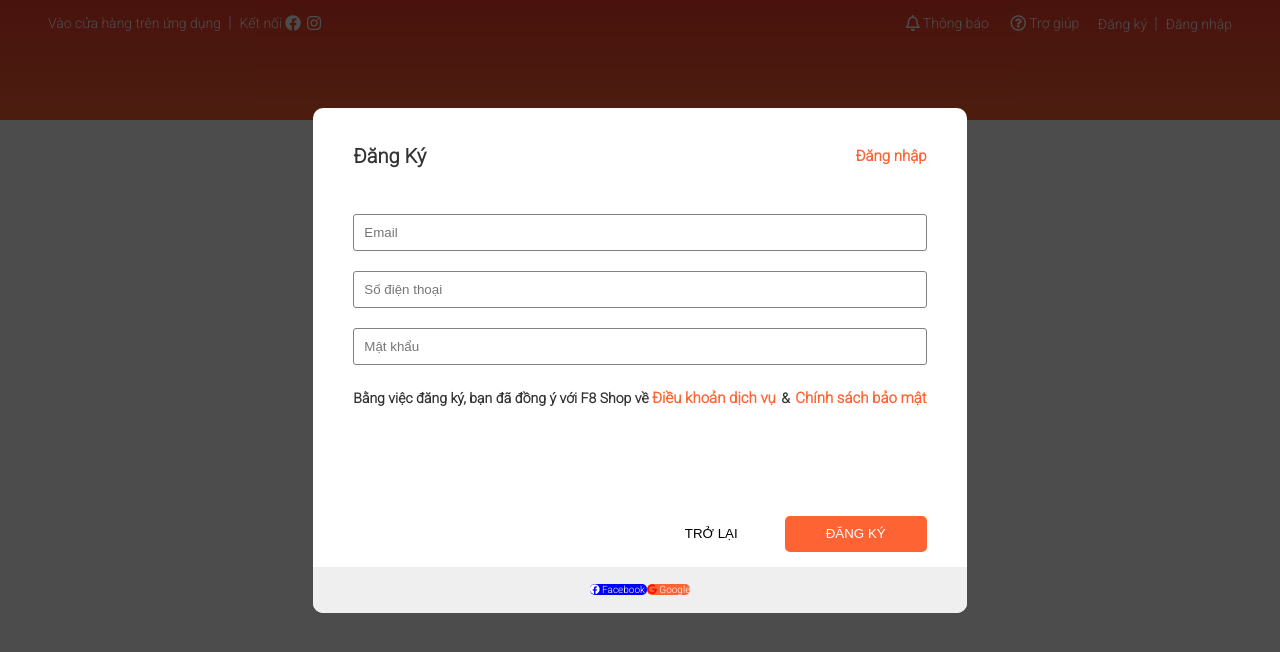
Repository: kebinh1235/Shopee-Demo
Page: index.html
These files come from the project's save history. The page is drawn as it stood at one moment and after the next save; the edit follows.
The browser window is 1280 px wide. The pictures show the whole page.

Above is the page before, as saved 2021-10-01 23:36:44.

After the next save:
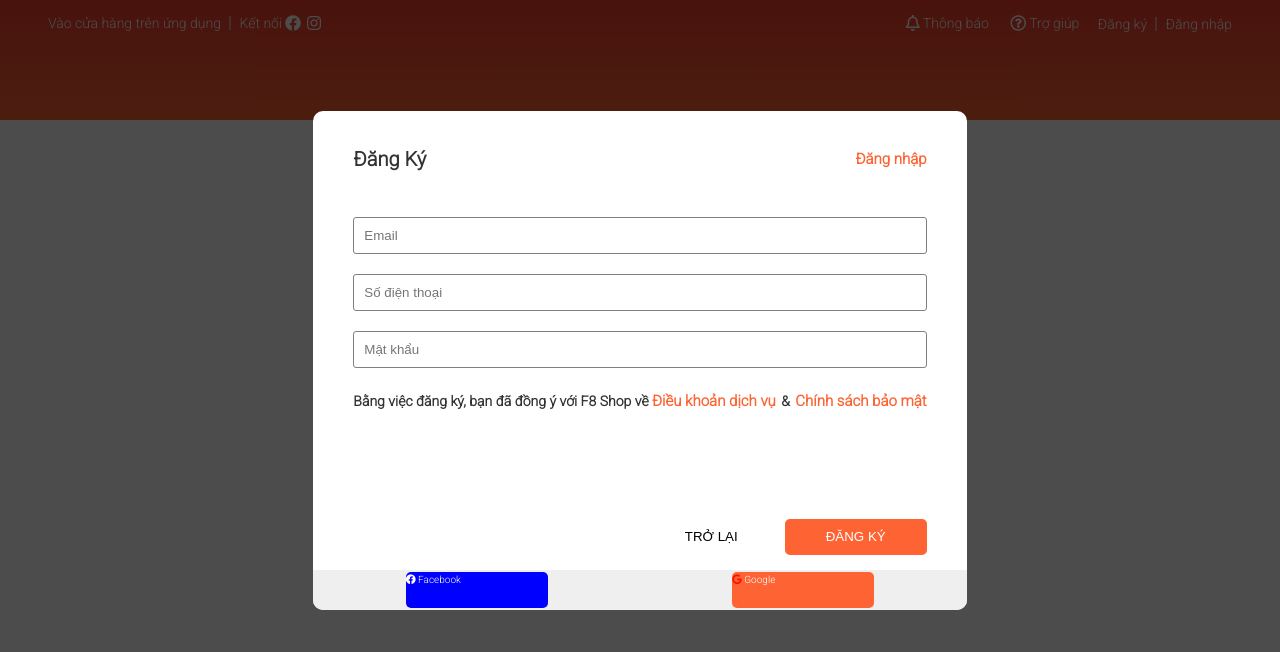
Saved 15 s later.
--- a/asset/css/main.css
+++ b/asset/css/main.css
@@ -276,9 +276,11 @@
 }
 
 .auth__form-social{
-  padding: 15px 0;
-  text-align: center;
   background: #efefef;
+  height: 40px;
+  display: flex;
+  justify-content: space-around;
+  align-items: center;
 }
 
 /*End Modal*/
